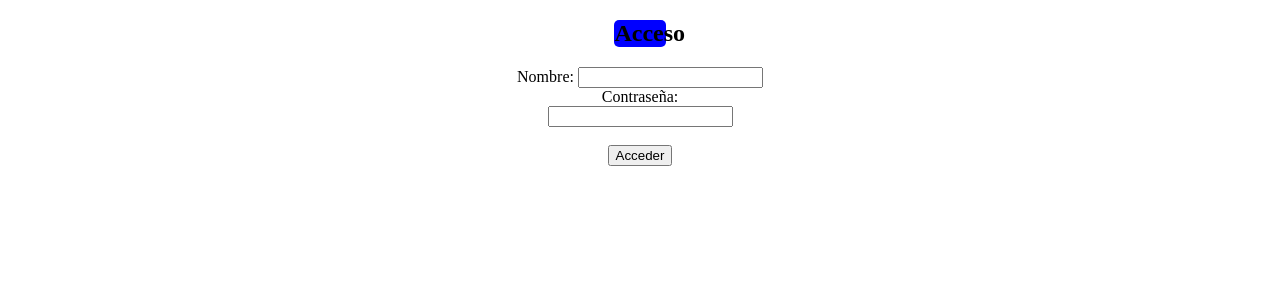
Repository: MateoSantander/Ejercicios4y5
Page: http://localhost/Ejercicio_4/JSP_login.jsp
The author's editor kept a copy of each file at every save. The page is drawn from the files as they stood at one save, then again after the next save.
The browser window is 1280 px wide. The pictures show the whole page.
The page is served by Tomcat 9. Other server files are loaded and not shown.

Above is the page before, as saved 2022-03-18 13:39:15.

### Ejercicio_4/src/main/webapp/JSP_login.jsp
<%@ page language="java" contentType="text/html; charset=ISO-8859-1"
    pageEncoding="ISO-8859-1"%>
<!DOCTYPE html>
<html>
<head>
<meta charset="ISO-8859-1">
<title>acceso</title>
<link rel="stylesheet" href="css/design.css">
</head>
<body>
			<h2>Acceso</h2>
		<form action="login" method="post">
			Nombre: <input type="text" class="form-control" name="username"/>
			<br/>
			Contraseña: <input type="password" class="form-control" name="password"/>
			<br/><br/>
			<input type="submit" value="Acceder">
		</form>
</body>
</html>

### Ejercicio_4/src/main/webapp/css/design.css
@charset "ISO-8859-1";

h2{
	 color:rgb(rgb(255, 0, 0), green, blue);
        text-align:center;
        margin-left: 40%;
    	margin-right: 40%;
        border-radius: 5px;
        background-color: blue;
}

body{
	text-align:center;
	margin-left: 40%;
    	margin-right: 40%;
	border: 2px blue
}

After the next save:
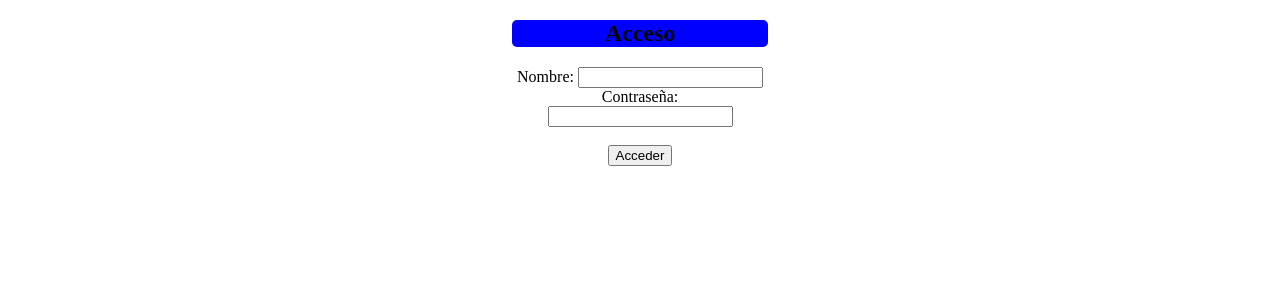
Saved 38 s later.
--- a/Ejercicio_4/src/main/webapp/css/design.css
+++ b/Ejercicio_4/src/main/webapp/css/design.css
@@ -3,8 +3,6 @@
 h2{
 	 color:rgb(rgb(255, 0, 0), green, blue);
         text-align:center;
-        margin-left: 40%;
-    	margin-right: 40%;
         border-radius: 5px;
         background-color: blue;
 }
